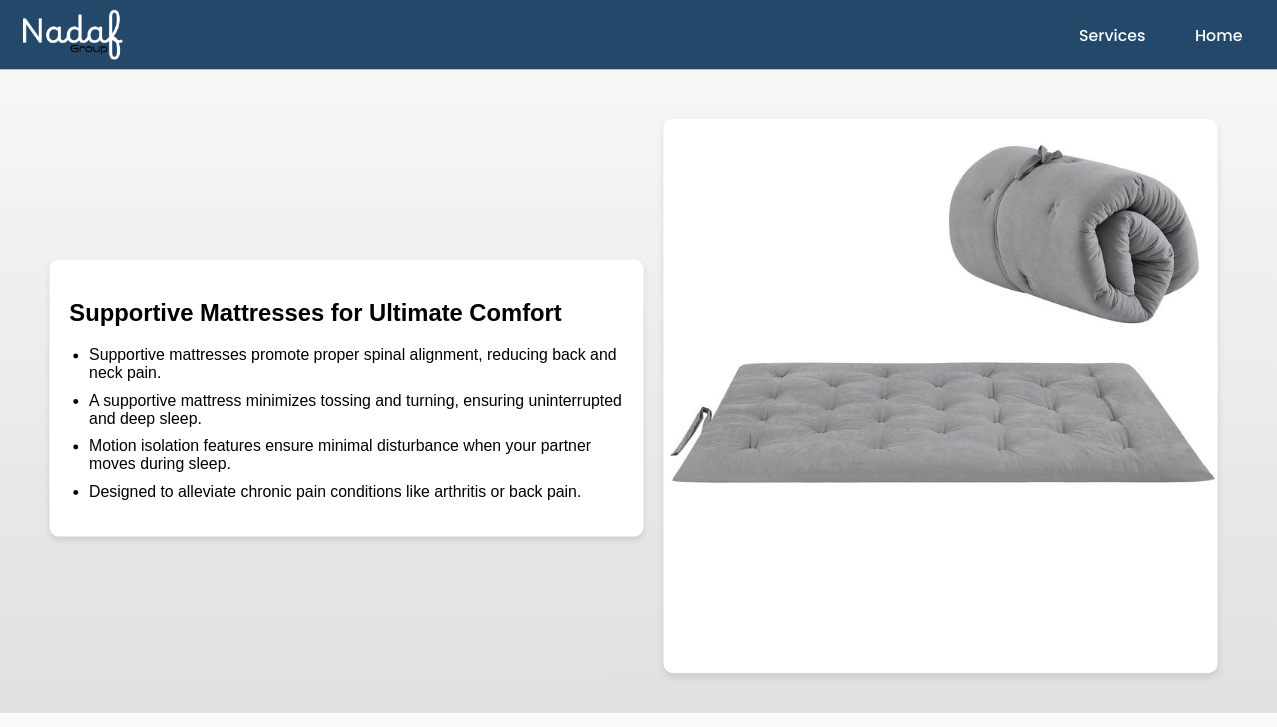
Repository: nadafgroup/rashidgadiUI
Page: src/rent.html
These files come from the project's save history. The page is drawn as it stood at one moment and after the next save; the edit follows.
The browser window is 1280 px wide. The page is 1290 px wide, so the pictures cover 1290 px, including what lies to the right of the window. The pictures show the whole page, at 99% of full size.

Above is the page before, as saved 2025-01-28 15:53:20.

After the next save:
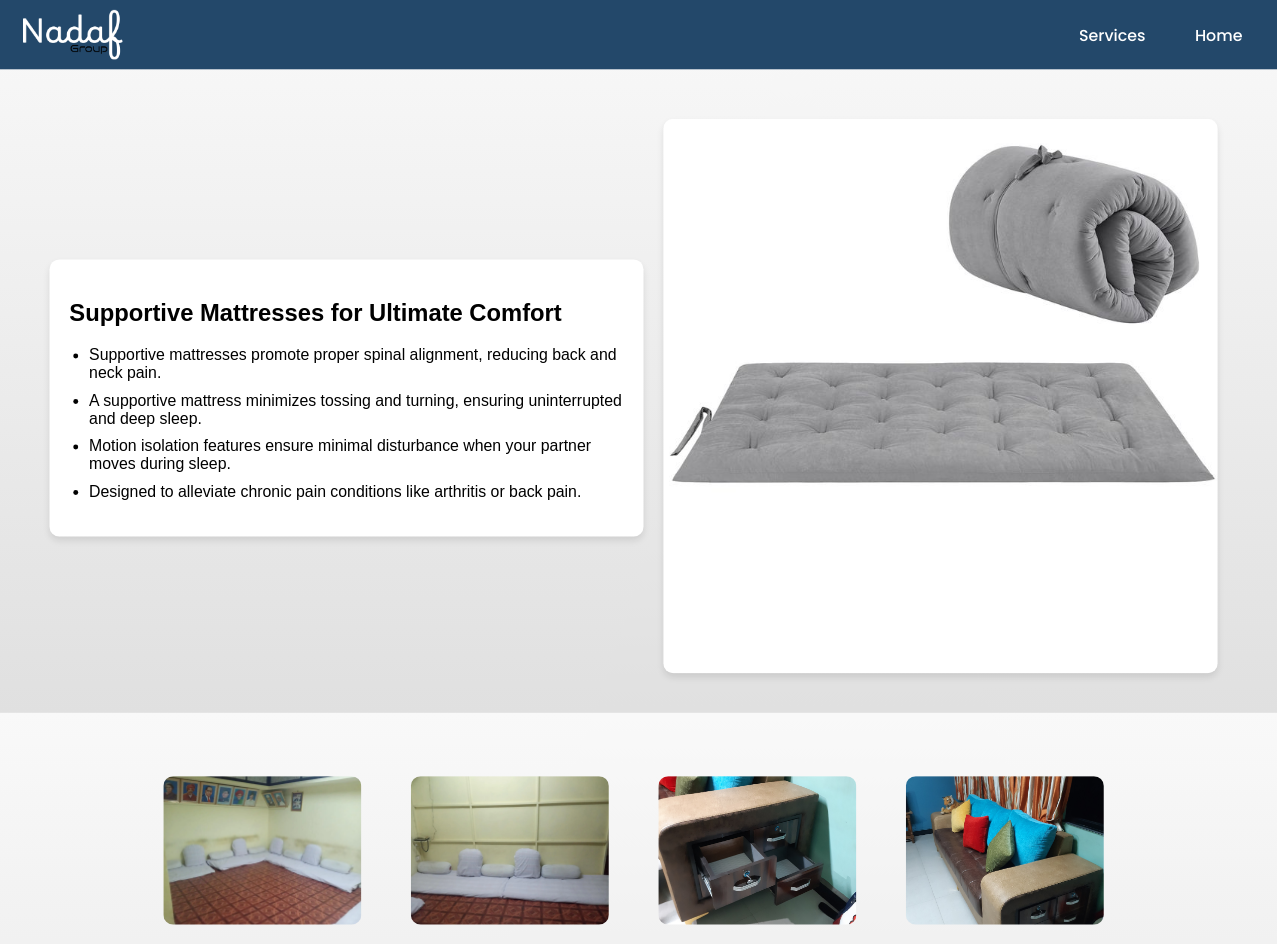
Saved 23 h 46 min later.
--- a/src/rent.html
+++ b/src/rent.html
@@ -49,5 +49,12 @@
         </div>
     </div>
 
+    <div class="gallery">
+        <img src="../assets/img/real img/r2.webp" alt="Gallery Image 1">
+        <img src="../assets/img/real img/r3.webp" alt="Gallery Image 2">
+        <img src="../assets/img/real img/3.jpeg" alt="Gallery Image 3">
+        <img src="../assets/img/real img/4.jpeg" alt="Gallery Image 4">
+    </div>
+
 </body>
 </html>
